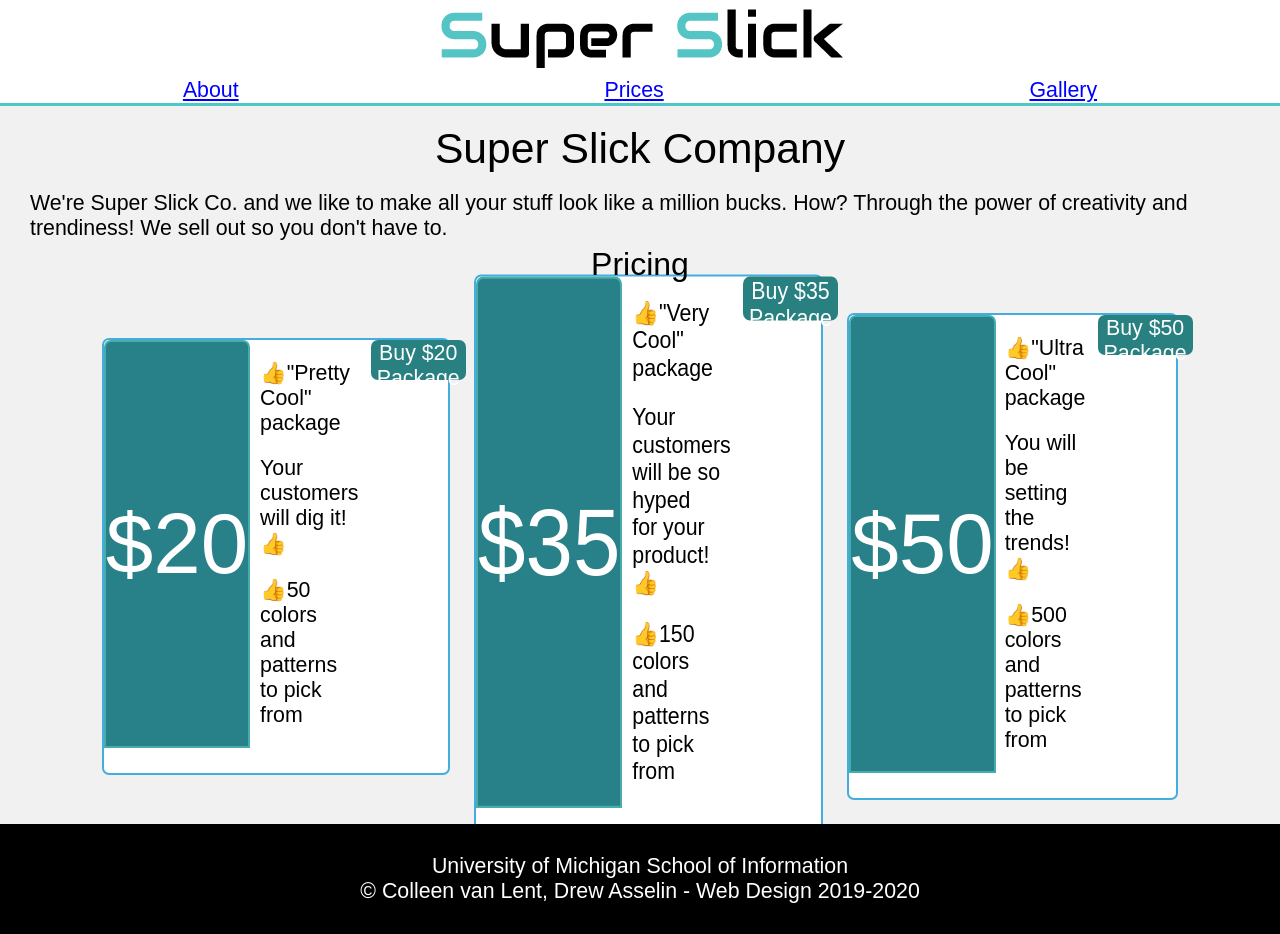
Repository: jiaqili0803/SI_539
Page: hw6-2021-main/homework.html
An editor plug-in stored every save of this project. The page is shown before and after the next save, followed by the edit.
The browser window is 1280 px wide. The pictures show the whole page.
Some web fonts or font styles are not loaded; a fallback is used.

Above is the page before, as saved 2021-10-29 15:10:39.

### hw6-2021-main/homework.html
<!DOCTYPE html>
<html lang="en">
  <head>
    <meta charset="utf-8">
    <meta name="viewport" content="width=device-width, initial-scale=1.0">
    <link rel="stylesheet" type="text/css" href="css/html5reset.css">
    <link rel="stylesheet" type="text/css" href="css/starter.css">
    <link rel="stylesheet" type="text/css" href="css/style.css">
    <link href='https://fonts.googleapis.com/css?family=Alegreya Sans SC' rel='stylesheet'>
    <link rel="shortcut icon" href="images/logo_icon.png" type="image/png">

   <title>Super Slick Company</title>
  </head>
  <body>
    <a class = "skip" href='#about'>Skip to Main Content</a>
    <header>
      <img src="images/logo.png" alt="" id = "logo">
      <nav>
        <ul class="nav_links">
          <li class="nav_item"><a href="#about">About</a></li>
          <li class="nav_item"><a href="#pricing">Prices</a></li>
          <li class="nav_item"><a href="#gallery">Gallery</a></li>
        </ul>
      </nav>
    </header>
  <main class="about" id="skip">
    <h1>Super Slick Company</h1>

    <p>We're Super Slick Co. and we like to make all your stuff look like a million bucks. How? Through the power of creativity and trendiness! We sell out so you don't have to.</p>

    <h2 id = "pricing">Pricing</h2>
      <div class="pricing">
        <div class="card">
          <header><h3>$20</h3></header>
          <ul>
            <li>"Pretty Cool" package</li>
            <li>Your customers will dig it!</li>
            <li>50 colors and patterns to pick from</li>
          </ul>
          <button>Buy $20 Package</button>
        </div>
        <div class="card card_big">
          <header><h3>$35</h3></header>
          <ul>
            <li>"Very Cool" package</li>
            <li>Your customers will be so hyped for your product!</li>
            <li>150 colors and patterns to pick from</li>
          </ul>
          <button>Buy $35 Package</button>
        </div>
        <div class="card">
          <header><h3>$50</h3></header>
          <ul>
            <li>"Ultra Cool" package</li>
            <li>You will be setting the trends!</li>
            <li>500 colors and patterns to pick from</li>
          </ul>
          <button>Buy $50 Package</button>
        </div>
      </div>

      <h2 id = "gallery">Gallery</h2>
        <div class="gallery">
          <img id="image1" src="images/sample.jpg" alt="" />
          <img id="image2" src="images/sample.jpg" alt="" />
          <img id="image3" src="images/sample.jpg" alt="" />
          <img id="image4" src="images/sample.jpg" alt="" />
          <img id="image5" src="images/sample.jpg" alt="" />
        </div>
    </main>

    <footer>
      <p>University of Michigan School of Information <br/>
        &copy; Colleen van Lent, Drew Asselin - Web Design 2019-2020</p>
    </footer>
  </body>
</html>

### hw6-2021-main/css/html5reset.css
/*
    HTML5 Reset :: style.css
    ----------------------------------------------------------
    We have learned much from/been inspired by/taken code where offered from:
    Eric Meyer                  :: http://meyerweb.com
    HTML5 Doctor                :: http://html5doctor.com
    and the HTML5 Boilerplate   :: http://html5boilerplate.com
-------------------------------------------------------------------------------*/

/* Let's default this puppy out
-------------------------------------------------------------------------------*/

html, body, body div, span, object, iframe, h1, h2, h3, h4, h5, h6, p, blockquote, pre, abbr, address, cite, code, del, dfn, em, img, ins, kbd, q, samp, small, strong, sub, sup, var, b, i, dl, dt, dd, ol, ul, li, fieldset, form, label, legend, table, caption, tbody, tfoot, thead, tr, th, td, article, aside, figure, footer, header, menu, nav, section, time, mark, audio, video, details, summary {
    margin: 0;
    padding: 0;
    border: 0;
    font-size: 100%;
    font-weight: normal;
    vertical-align: baseline;
    background: transparent;
}

main, article, aside, figure, footer, header, nav, section, details, summary {display: block;}

/* Handle box-sizing while better addressing child elements:
   http://css-tricks.com/inheriting-box-sizing-probably-slightly-better-best-practice/ */
html {
    box-sizing: border-box;
}

*,
*:before,
*:after {
    box-sizing: inherit;
}

/* consider resetting the default cursor: https://gist.github.com/murtaugh/5247154 */

/* Responsive images and other embedded objects */
/* if you don't have full control over `img` tags (if you have to overcome attributes), consider adding height: auto */
img,
object,
embed {max-width: 100%;}

/*
   Note: keeping IMG here will cause problems if you're using foreground images as sprites.
    In fact, it *will* cause problems with Google Maps' controls at small size.
    If this is the case for you, try uncommenting the following:
#map img {
        max-width: none;
}
*/

/* force a vertical scrollbar to prevent a jumpy page */
html {overflow-y: scroll;}

/* we use a lot of ULs that aren't bulleted.
    you'll have to restore the bullets within content,
    which is fine because they're probably customized anyway */
ul {list-style: none;}

blockquote, q {quotes: none;}

blockquote:before,
blockquote:after,
q:before,
q:after {content: ''; content: none;}

a {margin: 0; padding: 0; font-size: 100%; vertical-align: baseline; background: transparent;}

del {text-decoration: line-through;}

abbr[title], dfn[title] {border-bottom: 1px dotted #000; cursor: help;}

/* tables still need cellspacing="0" in the markup */
table {border-collapse: separate; border-spacing: 0;}
th {font-weight: bold; vertical-align: bottom;}
td {font-weight: normal; vertical-align: top;}

hr {display: block; height: 1px; border: 0; border-top: 1px solid #ccc; margin: 1em 0; padding: 0;}

input, select {vertical-align: middle;}

pre {
    white-space: pre; /* CSS2 */
    white-space: pre-wrap; /* CSS 2.1 */
    white-space: pre-line; /* CSS 3 (and 2.1 as well, actually) */
    word-wrap: break-word; /* IE */
}

input[type="radio"] {vertical-align: text-bottom;}
input[type="checkbox"] {vertical-align: bottom;}
.ie7 input[type="checkbox"] {vertical-align: baseline;}
.ie6 input {vertical-align: text-bottom;}

select, input, textarea {font: 99% sans-serif;}

table {font-size: inherit; font: 100%;}

small {font-size: 85%;}

strong {font-weight: bold;}

td, td img {vertical-align: top;}

/* Make sure sup and sub don't mess with your line-heights http://gist.github.com/413930 */
sub, sup {font-size: 75%; line-height: 0; position: relative;}
sup {top: -0.5em;}
sub {bottom: -0.25em;}

/* standardize any monospaced elements */
pre, code, kbd, samp {font-family: monospace, sans-serif;}

/* hand cursor on clickable elements */
.clickable,
label,
input[type=button],
input[type=submit],
input[type=file],
button {cursor: pointer;}

/* Webkit browsers add a 2px margin outside the chrome of form elements */
button, input, select, textarea {margin: 0;}

/* make buttons play nice in IE */
button,
input[type=button] {width: auto; overflow: visible;}

/* scale images in IE7 more attractively */
.ie7 img {-ms-interpolation-mode: bicubic;}

/* prevent BG image flicker upon hover
   (commented out as usage is rare, and the filter syntax messes with some pre-processors)
.ie6 html {filter: expression(document.execCommand("BackgroundImageCache", false, true));}
*/

/* let's clear some floats */
.clearfix:after { content: " "; display: block; clear: both; }

### hw6-2021-main/css/starter.css
body{
    margin: 0;
    padding: 0;
    font-size: 16pt; /* test for this! Make all sizes em or rem */
  }

  header{
    background: #fff;
    border-bottom: 3px solid #50C7C7;
  }

  h1{
    font-size: 2em;
    text-align: center;
    line-height: 2;
  }

  h2{
    font-size: 1.5em;
    text-align: center;
    padding: 5px;
  }

  p {
    padding: 0 30px;
  }

  a.skip{
    background: white;
    left: 0;
    padding: 6px;
    position: absolute;
    top: -40px;
    -webkit-transition: top 1s ease-out;
    transition: top 1s ease-out;
    z-index: 1;
  }

  a.skip:focus{
    top:20px;
    color: black;
    text-decoration-style: solid;
  }

  *:focus{
    border: 2px solid black;
  }


  .nav_item a{
    padding: 10px;
  }

  .nav_item a:hover, a:focus{
    color: #50C7C7;
    text-decoration: underline;
    -webkit-text-decoration-style: dotted;
            text-decoration-style: dotted;
  }

  .pricing{
    min-height: 475px;
  }

  .card {
    margin: 12px;
    background: #fff;
    border-radius: 7px;
    padding: 0 0 25px 0;

  }

  .card > ul{
    list-style: none;
    padding-left: 5px;
  }

  .card > ul li {
    width: 90%;
    margin: 20px auto;

  }

.card button{
    width: 90%;
    height: 40px;
    border: 0;
    margin-left: 5%;
    border-radius: 7px;
    background: #288080;
    color: white;
    font-size: 1em;
  }

  .card h3{
    font-size: 4em;
    color: white;
    text-align: center;
  }

  .card_big{
    -webkit-transform: initial;
            transform: initial;
  }

  .gallery{
    min-height: 600px;
  }

  footer{
    background-color: black;
    color: white;
    padding: 30px;
    text-align: center;
  }

  @media screen and (min-width: 850px){
    .card_big{
        -webkit-transform: scaleY(1.1);
        transform: scaleY(1.1);
        z-index: -99;
  }
}

### hw6-2021-main/css/style.css
body{
    font-family: 'Alegreya Sans SC', Sans-Serif;
    background-image: url("../images/concrete_seamless.png");
    background-color: #f1f1f1;

  }

header{
    display: flex;
    flex-direction: column;
    justify-content: center;
    align-items: center;

}

a:link, a:visited {
    color: blue;
}


.nav_links{
    display: flex;
    flex-direction: column;

}

#pricing{
    display: flex;
    flex-direction: column;
    justify-content: center;
    align-items: center;



}

.pricing{
    display: flex;
    /* flex-direction: column; */
    justify-content: center;
    align-items: center;
    flex-wrap: wrap;




}

.card{
    flex-basis: 450px;
}



.card header{
    background-color: #288088;
    border: 2px solid #45ADAD;
    padding-top: 20px;
    padding-bottom: 20px;
    border-top-left-radius: 7px;
    border-top-right-radius: 7px;

}

.gallery img{
    border: 10px solid #50C7C7;
    margin: 10px;
    width: 300px;


}

.gallery{
    display: flex;
    /* flex-direction: column; */
    justify-content: center;
    align-items: center;
    align-content: center;
    flex-wrap: wrap;

}

#logo{
    animation-name: slidein;
    animation-duration: 5s;
    animation-iteration-count: 1;

}


@keyframes slidein {
from {

    width: 50px;
    opacity: 0;
}

to {

    width: 425px;
    opacity: 1;
}
}


@media screen and (min-width: 850px){
    body > header{
        display: flex;
        flex-direction: row;
        justify-content: space-between;


        /* justify-content: flex-start; */
        /* flex-wrap: wrap; */


        position: sticky;
        width: 100%;
        top:0;


    }


    .nav_links{
        flex-direction: row;

    }

    .card{
        flex-basis: 250px;

    }

}

@media screen and (prefers-reduced-motion: reduce){
    #logo {
      animation: none;
    }
}


@media screen and (min-width: 1001px){
    body{
        background-image: none;

    }

    body > header{
        display: flex;
        flex-direction: column;
        /* align-content: space-between; */
    }

    nav{
        width: 100%;
    }

    .nav_links{
        display: flex;
        flex-direction: row;
        justify-content: space-around;
    }

    .pricing{
        display: flex;
        align-content: flex-end;
        flex-direction: row;
        /* flex-wrap: nowrap; */

    }

    .card{
        display: flex;
        border: 2px solid #45ADDD;
        flex-basis: 250px;

        align-content: flex-end;
        /* flex-direction: column; */
    }

    .gallery{
        display: none;
    }

    #gallery{
        display: none;
    }

    main li:nth-child(2n-1):before {
        content: "👍";
      }

    main li:nth-child(2n):after {
        content: "👍";
    }


    }



@media print{
    body{
        background-image: none;

    }

    body > header{
        display: flex;
        flex-direction: column;
        /* align-content: space-between; */
    }

    nav{
        width: 100%;
    }

    .nav_links{
        display: flex;
        flex-direction: row;
        justify-content: space-around;
    }

    .pricing{
        display: flex;
        align-self: flex-end;

    }

    .card{
        border: 2px solid #45ADDD;
        flex-basis: 250px;
    }

    .gallery{
        visibility: hidden;
    }

    #gallery{
        visibility: hidden;
    }

    main li:nth-child(2n-1):before {
        content: "👍";
      }

    main li:nth-child(2n):after {
        content: "👍";
    }

}

After the next save:
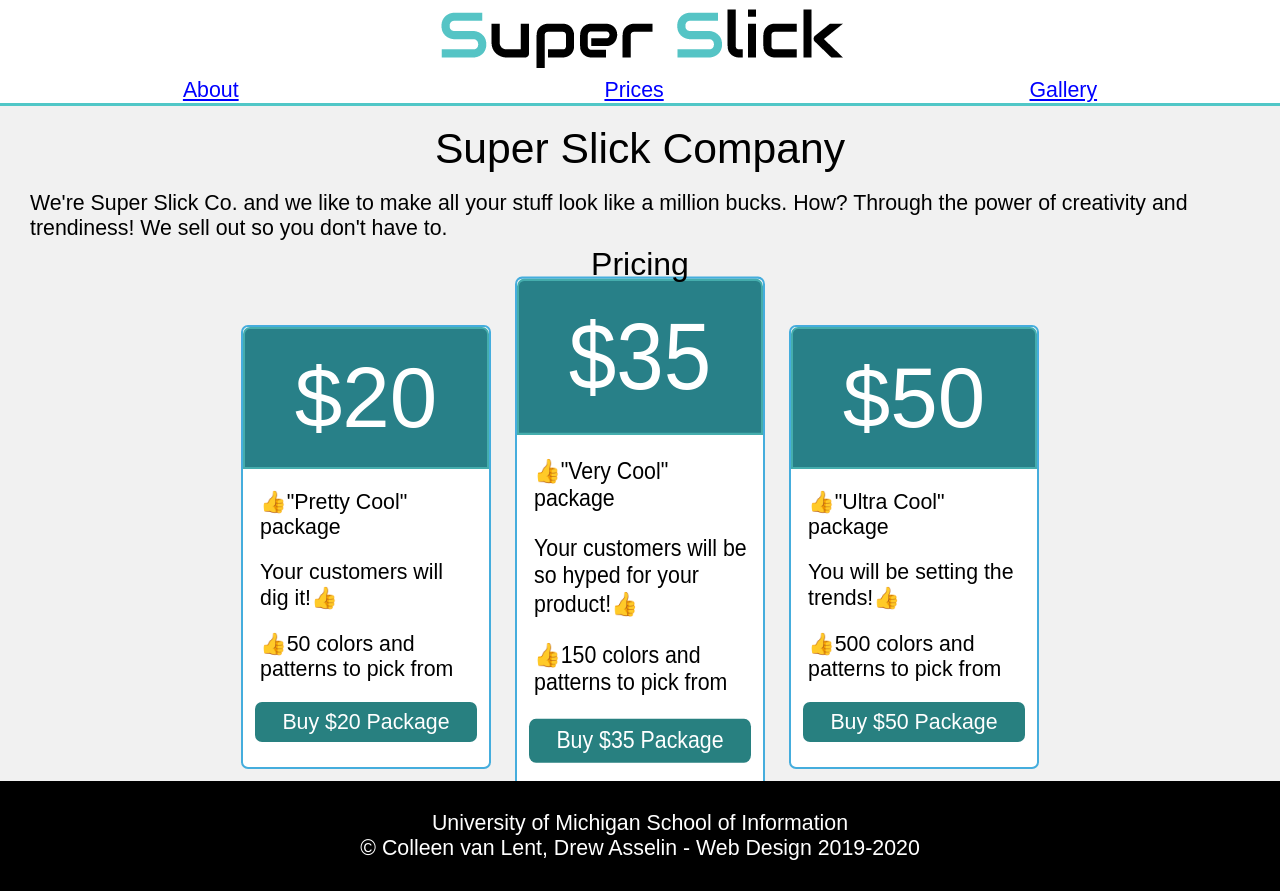
Saved 17 s later.
--- a/hw6-2021-main/css/style.css
+++ b/hw6-2021-main/css/style.css
@@ -176,8 +176,8 @@ to {
         border: 2px solid #45ADDD;
         flex-basis: 250px;
 
-        align-content: flex-end;
-        /* flex-direction: column; */
+        align-self: flex-end;
+        flex-direction: column;
     }
 
     .gallery{
